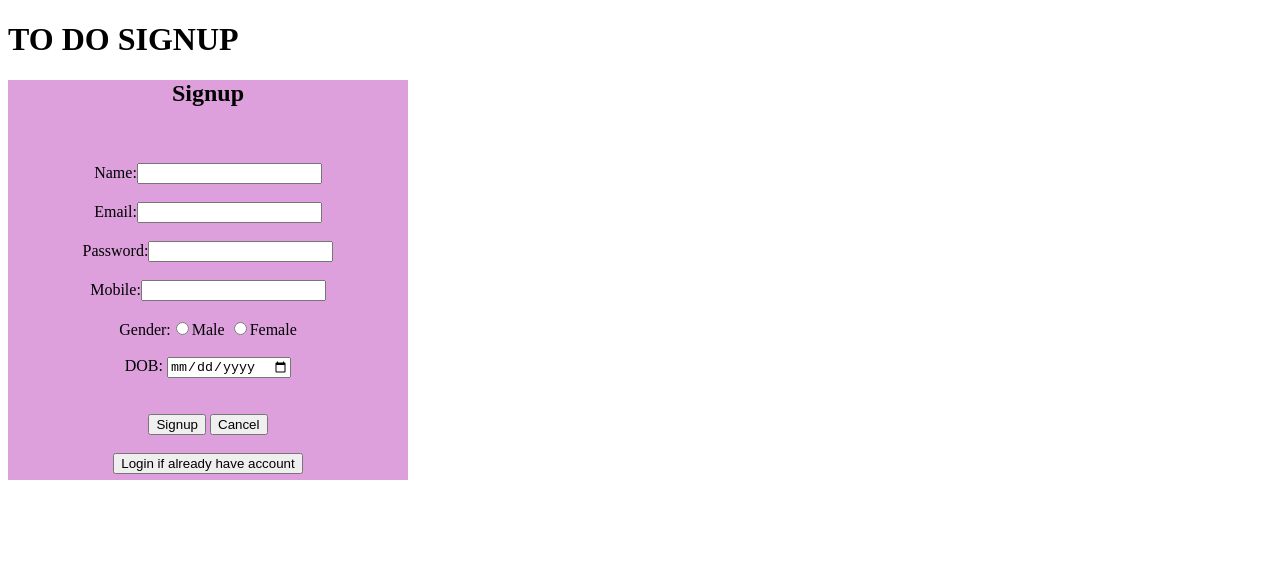
Repository: Spurthiv/todoapp
Page: Servlet_todo_app/src/main/webapp/Signup.html
These files come from the project's save history. The page is drawn as it stood at one moment and after the next save; the edit follows.
The browser window is 1280 px wide. The pictures show the whole page.

Above is the page before, as saved 2023-11-22 07:36:58.

After the next save:
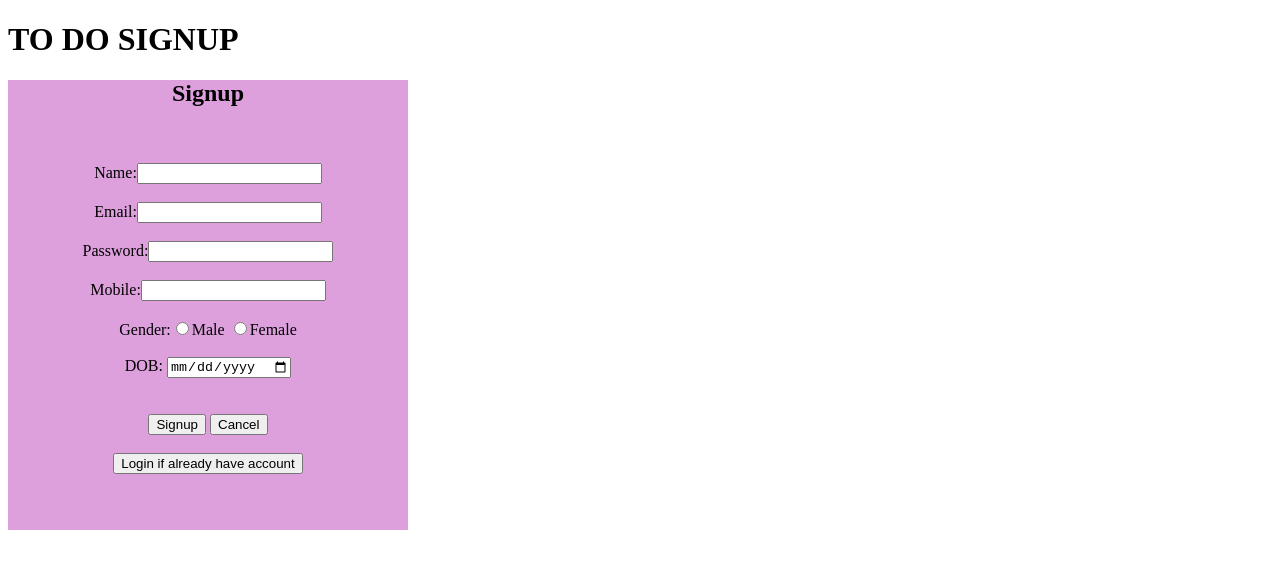
Saved 9 s later.
--- a/Servlet_todo_app/src/main/webapp/Signup.html
+++ b/Servlet_todo_app/src/main/webapp/Signup.html
@@ -5,7 +5,7 @@
 <title>Insert title here</title>
 <style>
         form {
-            height: 400px;
+            height: 450px;
             width: 400px;
             background-color: plum;
             text-decoration-color: blueviolet;
@@ -19,7 +19,7 @@
 <body>
 <b><h1>TO DO SIGNUP</h1></b>
 <form>
-        <legend><b><h2>Signup</h2></b></legend>
+        <legend><h2>Signup</h2></legend>
         <br><br>
         Name:<input type="text" name="name" /> <br><br>
         Email:<input type="email" name="email" /> <br><br>
